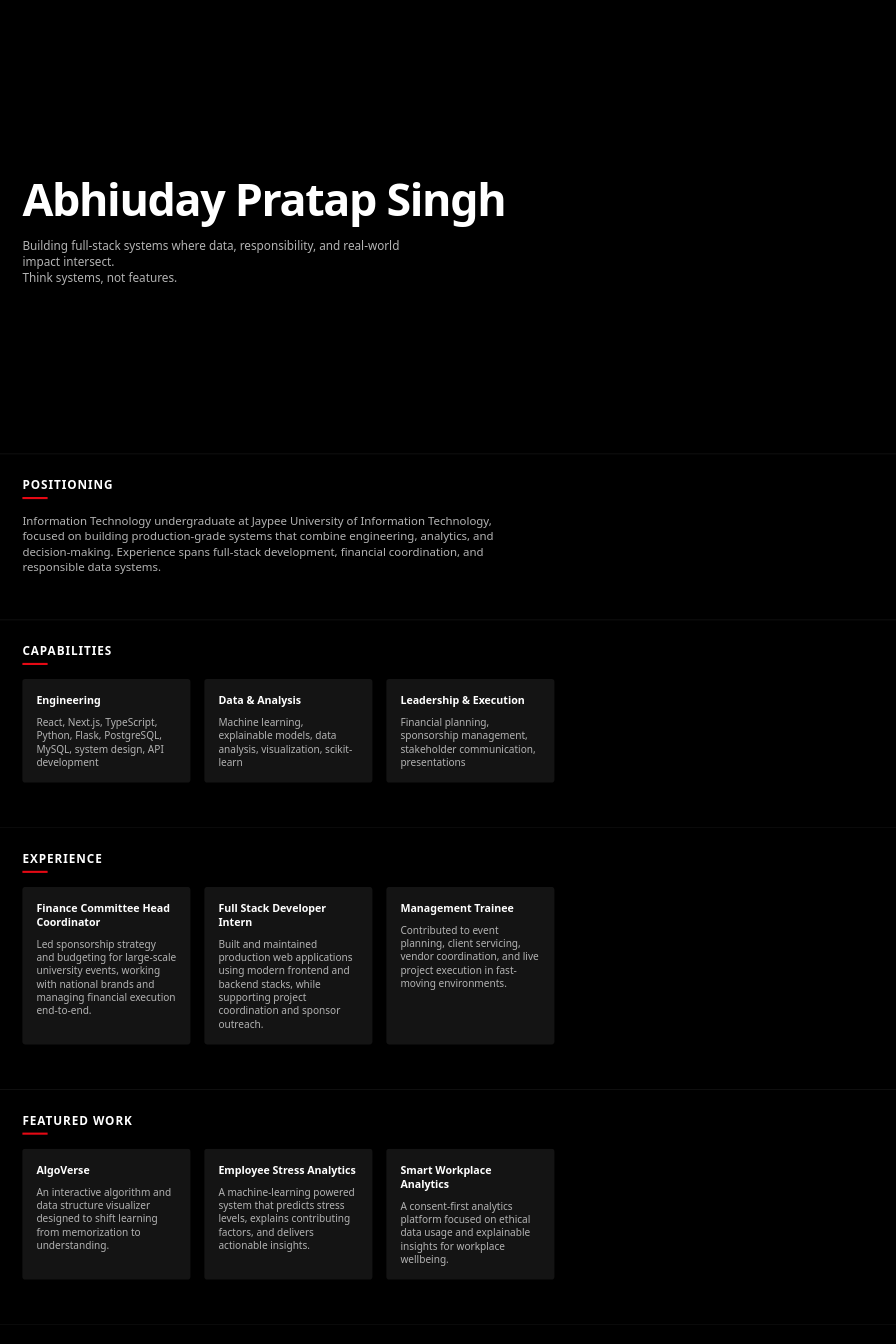
Repository: PratapOP/main-portfolio
Page: / (app in frontend/)
These files come from the project's save history. The page is drawn as it stood at one moment and after a run of saves; the edit follows.
The browser window is 1280 px wide. The pictures show the part of the page from y = 0 to 1920 px (the page is 2756 px tall), at 70% of full size.
The project was rebuilt for these pictures with package versions that can differ from the ones it lists, and the page was loaded fresh each time. Also part of the build but not shown: frontend/vite.config.js.

Above is the page before, as saved 2026-01-01 18:49:11.

### frontend/index.html
<!DOCTYPE html>
<html lang="en">
  <head>
    <meta charset="UTF-8" />

    <!-- Viewport for responsive layout -->
    <meta name="viewport" content="width=device-width, initial-scale=1.0" />

    <!--
      Title intentionally minimal and authoritative.
      This is the first identity signal recruiters see.
    -->
    <title>Abhiuday Pratap Singh</title>

    <!--
      Force dark background before React loads
      Prevents white flash and preserves cinematic feel
    -->
    <style>
      html,
      body {
        margin: 0;
        padding: 0;
        background-color: #0b0b0b;
      }
    </style>
  </head>

  <body>
    <!-- React mounts here -->
    <div id="root"></div>

    <!-- React entry point -->
    <script type="module" src="/src/main.jsx"></script>
  </body>
</html>

### frontend/src/App.jsx
import React, { useEffect } from "react";
import "./styles.css";
import {
  HeroSection,
  AboutSection,
  SkillsSection,
  ExperienceSection,
  ProjectsSection,
  TrendingSection,
  WhyHireMeSection,
  ContactSection
} from "./sections";

function App() {
  useEffect(() => {
    document.documentElement.style.scrollBehavior = "smooth";
  }, []);

  return (
    <div className="app-root">
      <HeroSection />
      <AboutSection />
      <SkillsSection />
      <ExperienceSection />
      <ProjectsSection />
      <TrendingSection />
      <WhyHireMeSection />
      <ContactSection />
    </div>
  );
}

export default App;

### frontend/src/styles.css
    /* ============================================================
    GLOBAL RESET & STREAMING COLOR SYSTEM
    ============================================================ */

    * {
    margin: 0;
    padding: 0;
    box-sizing: border-box;
    }

    :root {
    /* Core streaming palette */
    --bg-primary: #000000;
    --bg-card: #141414;

    --text-primary: #ffffff;
    --text-muted: #b3b3b3;

    --accent: #e50914;

    /* Controlled spacing scale (reduced) */
    --xs: 6px;
    --sm: 12px;
    --md: 20px;
    --lg: 32px;
    --xl: 48px;
    --xxl: 80px;
    }

    html,
    body {
    background-color: var(--bg-primary);
    color: var(--text-primary);
    font-family: system-ui, -apple-system, BlinkMacSystemFont,
        "Segoe UI", Roboto, Helvetica, Arial, sans-serif;

    overflow-x: hidden; /* absolutely no horizontal scroll */
    }

    /* ============================================================
    APP ROOT
    ============================================================ */

    .app-root {
    width: 100%;
    overflow-x: hidden;
    }

    /* ============================================================
    HERO (FEATURED BANNER)
    ============================================================ */

    .hero {
    min-height: 90vh;
    display: flex;
    align-items: center;
    }

    .hero-inner {
    padding-left: var(--lg);
    padding-right: var(--lg);
    max-width: 820px;
    }

    .hero-title {
    font-size: clamp(3rem, 5vw, 4.6rem);
    font-weight: 800;
    letter-spacing: -0.03em;
    margin-bottom: var(--sm);
    }

    .hero-subtitle {
    font-size: 1.05rem;
    color: var(--text-muted);
    max-width: 560px;
    }

    /* ============================================================
    SECTION STRUCTURE (FIXED SPACING)
    ============================================================ */

    .section {
    padding: var(--lg) 0;
    }

    .section-inner {
    padding-left: var(--lg);
    padding-right: var(--lg);
    }

    /* Mobile safety — prevent edge sticking */
    @media (max-width: 768px) {
    .section-inner,
    .hero-inner {
        padding-left: var(--md);
        padding-right: var(--md);
    }
    }

    /* ============================================================
    SECTION TITLES (STREAMING STYLE)
    ============================================================ */

    .section-title {
    font-size: 1.05rem;
    font-weight: 600;
    letter-spacing: 0.08em;
    text-transform: uppercase;

    color: var(--text-primary);
    margin-bottom: var(--md);
    position: relative;
    }

    .section-title::after {
    content: "";
    display: block;
    width: 36px;
    height: 3px;
    background-color: var(--accent);
    margin-top: var(--xs);
    }

    /* ============================================================
    TEXT BLOCKS
    ============================================================ */

    .section-text {
    max-width: 700px;
    font-size: 1.02rem;
    color: var(--text-muted);
    margin-bottom: var(--lg);
    }

    /* ============================================================
    STREAMING ROWS (HORIZONTAL)
    ============================================================ */

    .row {
    display: flex;
    gap: var(--md);
    overflow-x: auto;

    padding-left: var(--lg);
    padding-right: var(--lg);
    padding-bottom: var(--lg);

    scroll-snap-type: x mandatory;
    overscroll-behavior-x: contain;
    }

    .row::-webkit-scrollbar {
    display: none;
    }

    /* ============================================================
    CARDS (CONTENT TILES)
    ============================================================ */

    .card {
    background-color: var(--bg-card);
    min-width: 240px;
    max-width: 240px;

    padding: var(--md);
    border-radius: 4px;

    scroll-snap-align: start;

    transition:
        transform 0.25s ease,
        box-shadow 0.25s ease;
    }

    .card h3 {
    font-size: 0.95rem;
    font-weight: 600;
    margin-bottom: var(--sm);
    }

    .card p {
    font-size: 0.9rem;
    color: var(--text-muted);
    }

    /* Hover — sharp, not floaty */
    .card:hover {
    transform: scale(1.06);
    box-shadow: 0 16px 32px rgba(0, 0, 0, 0.7);
    z-index: 2;
    }

    /* ============================================================
    CONTACT SECTION
    ============================================================ */

    .contact {
    padding-top: var(--xl);
    padding-bottom: var(--xxl);
    }

    .contact-form {
    max-width: 520px;
    display: flex;
    flex-direction: column;
    gap: var(--md);
    }

    .contact-form input,
    .contact-form textarea {
    background-color: #000000;
    border: 1px solid #333333;
    color: var(--text-primary);

    padding: var(--sm);
    font-size: 0.95rem;
    }

    .contact-form input:focus,
    .contact-form textarea:focus {
    outline: none;
    border-color: var(--accent);
    }

    .contact-form button {
    margin-top: var(--sm);
    background-color: var(--accent);
    color: #ffffff;

    border: none;
    padding: var(--sm);
    font-size: 0.95rem;
    cursor: pointer;

    transition: opacity 0.2s ease;
    }

    .contact-form button:hover {
    opacity: 0.85;
    }

    /* ============================================================
    FINAL SECTION SEPARATION (SUBTLE)
    ============================================================ */

    .section:not(:first-of-type) {
    border-top: 1px solid rgba(255, 255, 255, 0.08);
    }

### frontend/src/sections.jsx
    /**
     * ============================================================
     * sections.jsx — Sections with Titles & Hierarchy
     * ============================================================
     */

    import React from "react";
    import { motion } from "framer-motion";
    import {
    sectionFade,
    staggerContainer,
    cardFade
    } from "./motion";

    /* ============================================================
    FEATURED
    ============================================================ */

    export function HeroSection() {
    return (
        <motion.section
        className="section hero"
        variants={sectionFade}
        initial="hidden"
        animate="visible"
        >
        <div className="hero-inner">
            <h1 className="hero-title">Abhiuday Pratap Singh</h1>
            <p className="hero-subtitle">
            Building full-stack systems where data, responsibility,
            and real-world impact intersect.
            <br />
            <span className="hero-subtitle-accent">Think systems, not features.</span>
            </p>
        </div>
        </motion.section>
    );
    }

    /* ============================================================
    POSITIONING
    ============================================================ */

    export function AboutSection() {
    return (
        <motion.section
        className="section"
        variants={sectionFade}
        initial="hidden"
        whileInView="visible"
        viewport={{ once: true }}
        >
        <div className="section-inner">
            <h2 className="section-title">Positioning</h2>
            <p className="section-text">
            Information Technology undergraduate at Jaypee University
            of Information Technology, focused on building production-grade
            systems that combine engineering, analytics, and decision-making.
            Experience spans full-stack development, financial coordination,
            and responsible data systems.
            </p>
        </div>
        </motion.section>
    );
    }

    /* ============================================================
    CAPABILITIES
    ============================================================ */

    export function SkillsSection() {
    const skills = [
        {
        title: "Engineering",
        text:
            "React, Next.js, TypeScript, Python, Flask, PostgreSQL, MySQL, system design, API development"
        },
        {
        title: "Data & Analysis",
        text:
            "Machine learning, explainable models, data analysis, visualization, scikit-learn"
        },
        {
        title: "Leadership & Execution",
        text:
            "Financial planning, sponsorship management, stakeholder communication, presentations"
        }
    ];

    return (
        <motion.section
        className="section"
        variants={sectionFade}
        initial="hidden"
        whileInView="visible"
        viewport={{ once: true }}
        >
        <div className="section-inner">
            <h2 className="section-title">Capabilities</h2>
        </div>

        <motion.div
            className="row"
            variants={staggerContainer}
            initial="hidden"
            whileInView="visible"
            viewport={{ once: true }}
        >
            {skills.map((item, index) => (
            <motion.div className="card" variants={cardFade} key={index}>
                <h3>{item.title}</h3>
                <p>{item.text}</p>
            </motion.div>
            ))}
        </motion.div>
        </motion.section>
    );
    }

    /* ============================================================
    EXPERIENCE
    ============================================================ */

    export function ExperienceSection() {
    const roles = [
        {
        title: "Finance Committee Head Coordinator",
        text:
            "Led sponsorship strategy and budgeting for large-scale university events, working with national brands and managing financial execution end-to-end."
        },
        {
        title: "Full Stack Developer Intern",
        text:
            "Built and maintained production web applications using modern frontend and backend stacks, while supporting project coordination and sponsor outreach."
        },
        {
        title: "Management Trainee",
        text:
            "Contributed to event planning, client servicing, vendor coordination, and live project execution in fast-moving environments."
        }
    ];

    return (
        <motion.section
        className="section"
        variants={sectionFade}
        initial="hidden"
        whileInView="visible"
        viewport={{ once: true }}
        >
        <div className="section-inner">
            <h2 className="section-title">Experience</h2>
        </div>

        <motion.div
            className="row"
            variants={staggerContainer}
            initial="hidden"
            whileInView="visible"
            viewport={{ once: true }}
        >
            {roles.map((item, index) => (
            <motion.div className="card" variants={cardFade} key={index}>
                <h3>{item.title}</h3>
                <p>{item.text}</p>
            </motion.div>
            ))}
        </motion.div>
        </motion.section>
    );
    }

    /* ============================================================
    PROJECTS
    ============================================================ */

    export function ProjectsSection() {
    const projects = [
        {
        title: "AlgoVerse",
        text:
            "An interactive algorithm and data structure visualizer designed to shift learning from memorization to understanding."
        },
        {
        title: "Employee Stress Analytics",
        text:
            "A machine-learning powered system that predicts stress levels, explains contributing factors, and delivers actionable insights."
        },
        {
        title: "Smart Workplace Analytics",
        text:
            "A consent-first analytics platform focused on ethical data usage and explainable insights for workplace wellbeing."
        }
    ];

    return (
        <motion.section
        className="section"
        variants={sectionFade}
        initial="hidden"
        whileInView="visible"
        viewport={{ once: true }}
        >
        <div className="section-inner">
            <h2 className="section-title">Featured Work</h2>
        </div>

        <motion.div
            className="row"
            variants={staggerContainer}
            initial="hidden"
            whileInView="visible"
            viewport={{ once: true }}
        >
            {projects.map((item, index) => (
            <motion.div className="card" variants={cardFade} key={index}>
                <h3>{item.title}</h3>
                <p>{item.text}</p>
            </motion.div>
            ))}
        </motion.div>
        </motion.section>
    );
    }

    /* ============================================================
    CURRENT FOCUS
    ============================================================ */

    export function TrendingSection() {
    return (
        <motion.section
        className="section"
        variants={sectionFade}
        initial="hidden"
        whileInView="visible"
        viewport={{ once: true }}
        >
        <div className="section-inner">
            <h2 className="section-title">Current Focus</h2>
            <p className="section-text">
            Building responsible analytics systems that balance insight with ethics,
            emphasizing explainable machine learning, consent-first data practices,
            and real-world applicability.
            </p>
        </div>
        </motion.section>
    );
    }

    /* ============================================================
    WHY THIS PROFILE
    ============================================================ */

    export function WhyHireMeSection() {
    return (
        <motion.section
        className="section"
        variants={sectionFade}
        initial="hidden"
        whileInView="visible"
        viewport={{ once: true }}
        >
        <div className="section-inner">
            <h2 className="section-title">Why This Profile</h2>
            <p className="section-text">
            I approach systems as products, not demos. My work prioritizes clarity,
            responsibility, and scalability, with the ability to own ideas from
            concept through deployment.
            </p>
        </div>
        </motion.section>
    );
    }

    /* ============================================================
    CONTACT
    ============================================================ */

    export function ContactSection() {
    return (
        <motion.section
        className="section contact"
        variants={sectionFade}
        initial="hidden"
        whileInView="visible"
        viewport={{ once: true }}
        >
        <div className="section-inner">
            <h2 className="section-title">Get in Touch</h2>
            <form className="contact-form">
            <input type="text" placeholder="Name" />
            <input type="email" placeholder="Email" />
            <textarea placeholder="Message" rows="4" />
            <button type="submit">Send</button>
            </form>
        </div>
        </motion.section>
    );
    }

### frontend/src/motion.js
    /**
     * ============================================================
     * motion.js — Centralized Motion Presets
     * ============================================================
     *
     * Responsibilities:
     * - Define reusable animation variants
     * - Keep motion subtle, slow, and cinematic
     * - Avoid per-component animation duplication
     *
     * Framer Motion is used intentionally and sparingly.
     * ============================================================
     */

    /* ============================================================
    Section Fade-In (used when section enters viewport)
    ============================================================ */

    export const sectionFade = {
    hidden: {
        opacity: 0,
        y: 40
    },
    visible: {
        opacity: 1,
        y: 0,
        transition: {
        duration: 0.8,
        ease: [0.22, 1, 0.36, 1] // smooth, cinematic easing
        }
    }
    };

    /* ============================================================
    Card Stagger Container
    ============================================================ */

    export const staggerContainer = {
    hidden: {},
    visible: {
        transition: {
        staggerChildren: 0.12
        }
    }
    };

    /* ============================================================
    Individual Card Animation
    ============================================================ */

    export const cardFade = {
    hidden: {
        opacity: 0,
        y: 20
    },
    visible: {
        opacity: 1,
        y: 0,
        transition: {
        duration: 0.6,
        ease: [0.22, 1, 0.36, 1]
        }
    }
    };

Loaded but not shown: frontend/src/main.jsx (common file)

After the next 5 saves:
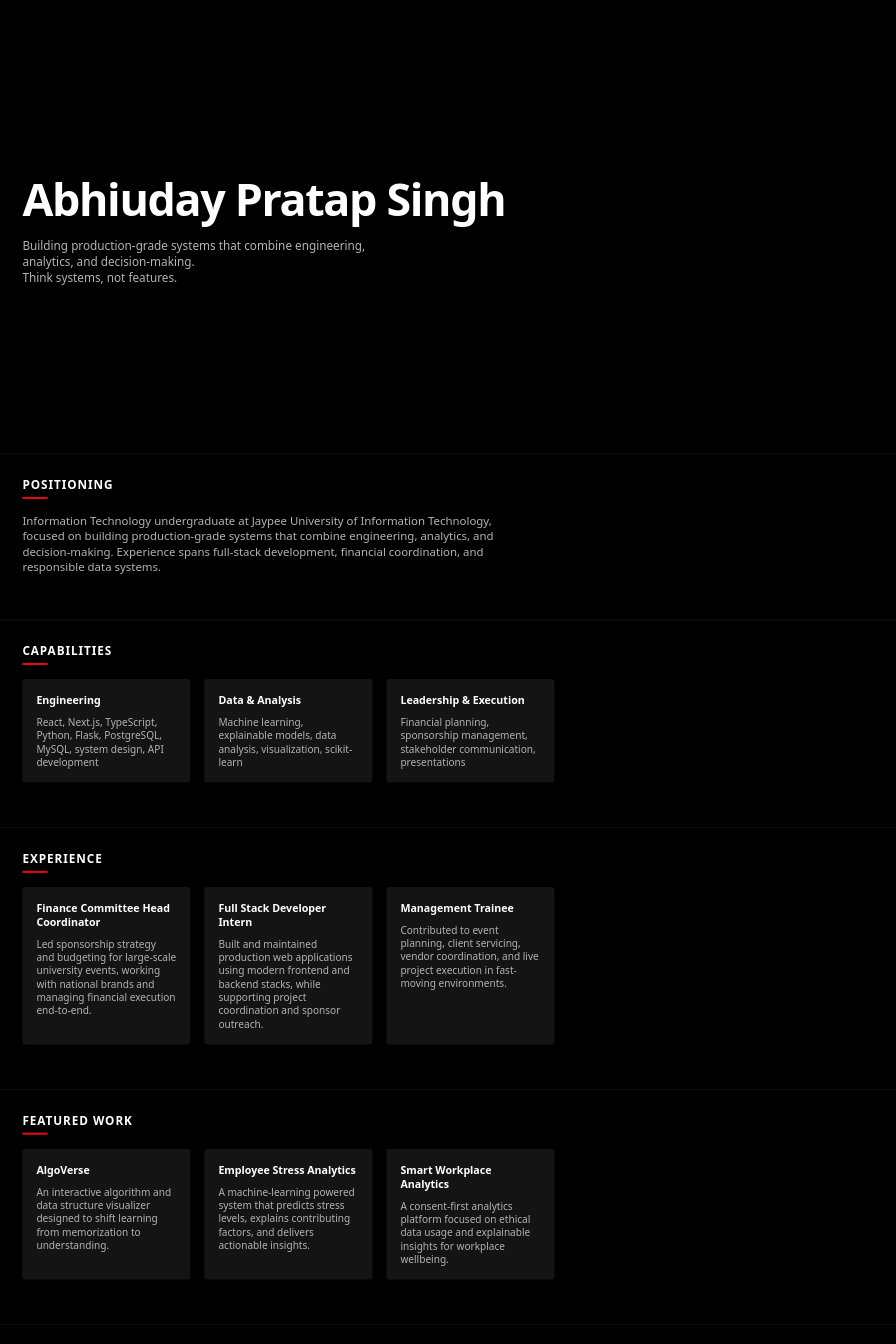
The 5 saves are shown as one change because they came seconds apart.
The last was saved 28 s later.
--- a/frontend/src/sections.jsx
+++ b/frontend/src/sections.jsx
@@ -27,8 +27,9 @@
         <div className="hero-inner">
             <h1 className="hero-title">Abhiuday Pratap Singh</h1>
             <p className="hero-subtitle">
-            Building full-stack systems where data, responsibility,
-            and real-world impact intersect.
+            Building production-grade systems that combine engineering,
+            analytics, and decision-making.
+
             <br />
             <span className="hero-subtitle-accent">Think systems, not features.</span>
             </p>
